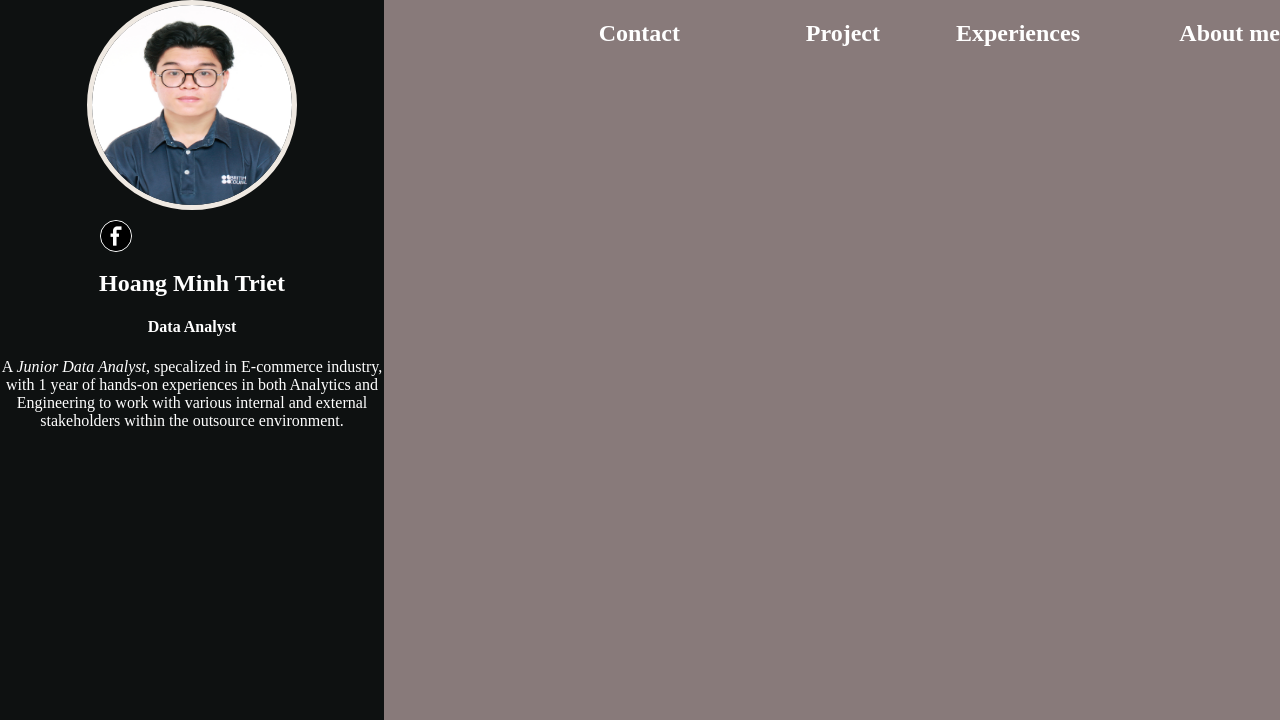
Repository: MinnTrit/personal_website
Page: http://localhost/
An editor plug-in stored every save of this project. The page is shown before and after the next save, followed by the edit.
The browser window is 1280 px wide. The pictures show the whole page.
The page is served by the project's application, run on Flask 3 (app.py).

Above is the page before, as saved 2025-01-28 23:33:21.

After the next save:
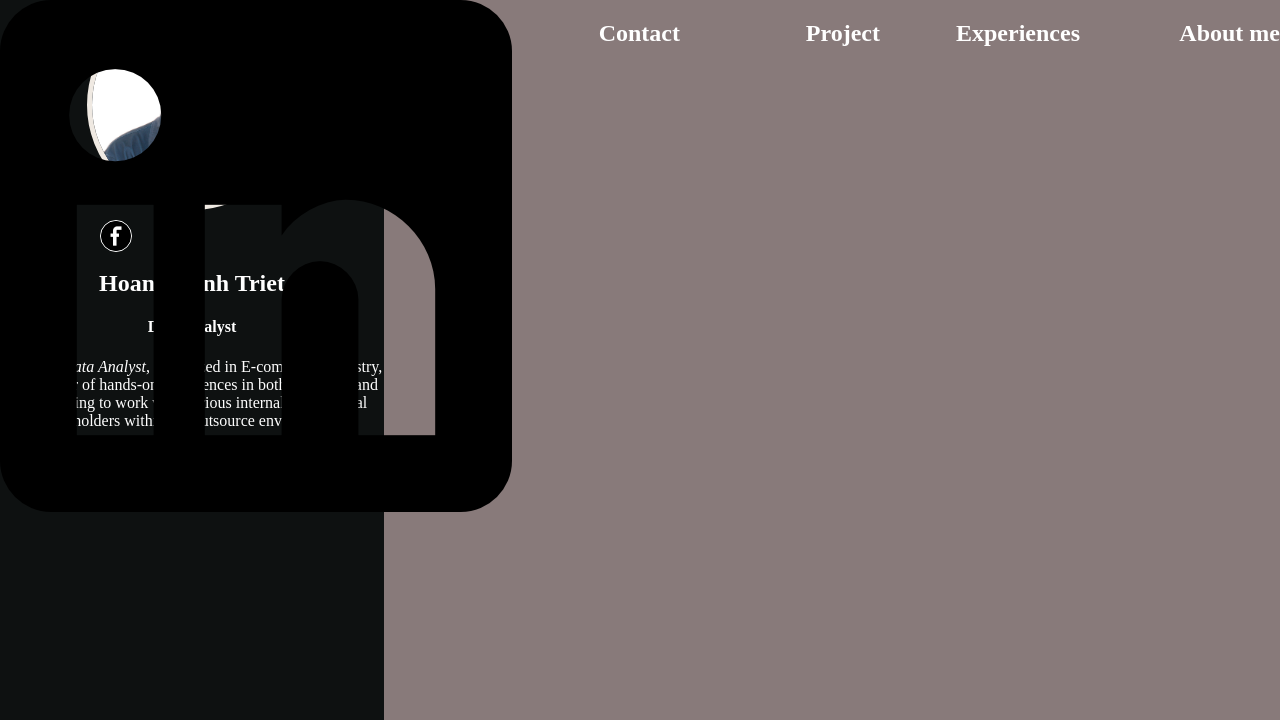
Saved 96 s later.
--- a/templates/index.html
+++ b/templates/index.html
@@ -33,6 +33,9 @@
         <a href="https://www.facebook.com/minhtriet05042003/" target="_blank">
             <img class="facebook" src="{{ url_for('static', filename='imgs/facebook.jpg') }}" alt="facebook">
         </a>
+        <a href="https://www.facebook.com/minhtriet05042003/" target="_blank">
+            <img class="" src="{{ url_for('static', filename='imgs/linkedin.png') }}" alt="facebook">
+        </a>
     </div>
 </body>
 </html>

After the 5 saves that followed:
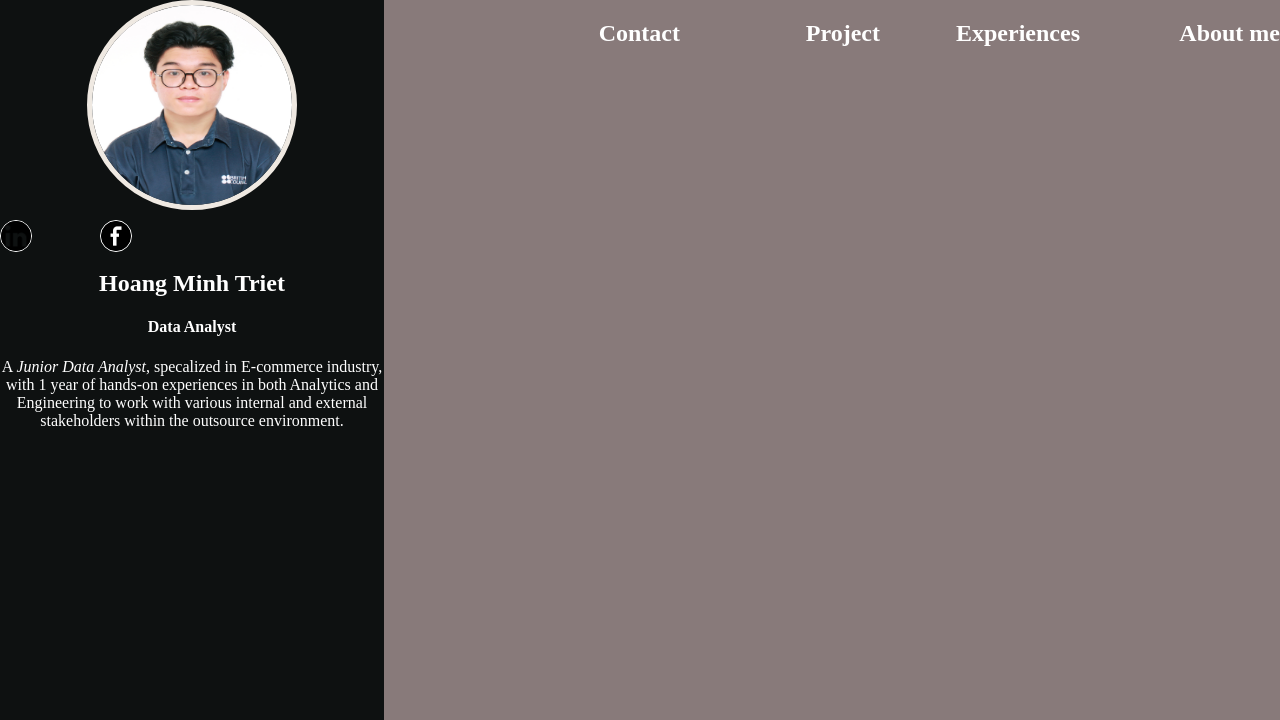
The 5 saves are shown as one change because 4 left the picture as it was.
The last was saved 45 s later.
--- a/templates/index.html
+++ b/templates/index.html
@@ -33,8 +33,8 @@
         <a href="https://www.facebook.com/minhtriet05042003/" target="_blank">
             <img class="facebook" src="{{ url_for('static', filename='imgs/facebook.jpg') }}" alt="facebook">
         </a>
-        <a href="https://www.facebook.com/minhtriet05042003/" target="_blank">
-            <img class="" src="{{ url_for('static', filename='imgs/linkedin.png') }}" alt="facebook">
+        <a href="https://www.linkedin.com/in/minchit0504/" target="_blank">
+            <img class="linkedin" src="{{ url_for('static', filename='imgs/linkedin.png') }}" alt="linkedin">
         </a>
     </div>
 </body>
--- a/static/css/styles.css
+++ b/static/css/styles.css
@@ -71,3 +71,14 @@ html, body {
     border: 1px solid;
     border-color: white;
 }
+
+.information .linkedin {
+    position: absolute;
+    border-radius: 60%;
+    width: 30px;
+    height: 30px;
+    top: 220px;
+    left: 0px;
+    border: 1px solid;
+    border-color: white;
+}
